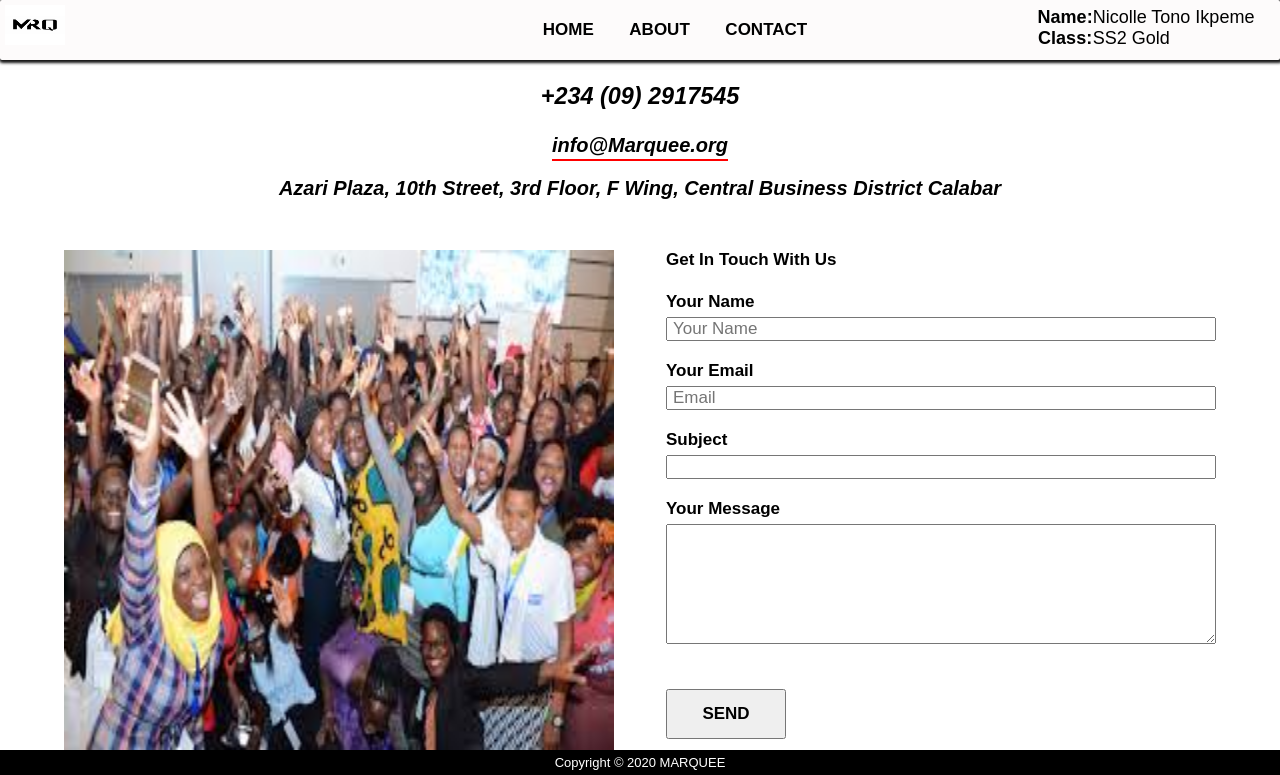
Repository: pboi18/Marquee.org
Page: contact.html
An editor plug-in stored every save of this project. The page is shown before and after the next save, followed by the edit.
The browser window is 1280 px wide. The pictures show the whole page.

Above is the page before, as saved 2020-07-11 21:08:34.

After the next save:
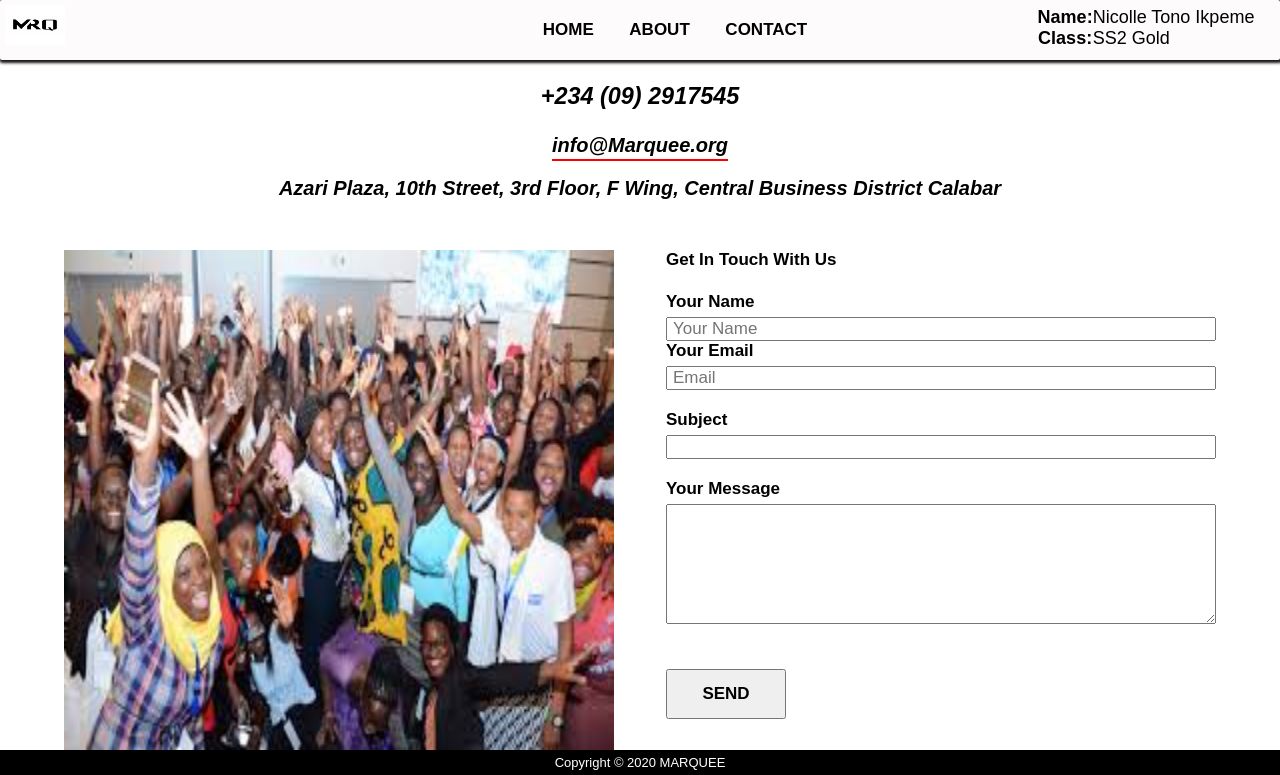
Saved 109 s later.
--- a/contact.html
+++ b/contact.html
@@ -79,8 +79,7 @@
                     <form class="form2">
                         <h4 style="margin-top: 0px;">Get In Touch With Us</h4>
                         <label>Your Name </label>
-                        <input type="text" name="Name" placeholder="Your Name" required style="width: 100%; font-weight: 100; padding-left: 5px; margin-top: 5px;"><br>
-    <br>
+                        <input type="text" name="Name" placeholder="Your Name" required style="width: 100%; font-weight: 100; padding-left: 5px; margin-top: 5px;">
                         <label>Your Email</label><br>
                         <input type="email"  placeholder="Email" required style="width: 100%; font-weight: 100; padding-left: 5px; margin-top: 5px;"><br><br>
                         <label>Subject</label>
